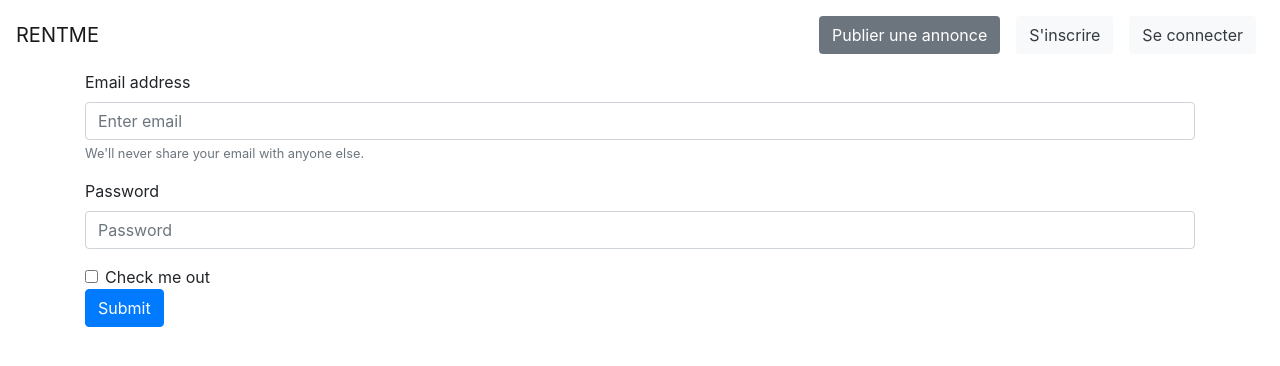
Repository: johan1412/rentme-front
Page: /login
An editor plug-in stored every save of this project. The page is shown before and after the next save, followed by the edit.
The browser window is 1280 px wide. The pictures show the whole page.
The project was rebuilt for these pictures with package versions that can differ from the ones it lists, and the page was loaded fresh each time. Also part of the build but not shown: vue.config.js, src/components/auth/Register.vue, src/components/Home.vue.

Above is the page before, as saved 2021-12-14 19:16:36.

### src/main.js
import Vue from "vue";
import App from "./App.vue";
import VueRouter from 'vue-router'
import Login from './components/auth/Login.vue'
import Register from './components/auth/Register.vue'

import HomePage from './components/Home.vue'
import { BootstrapVue, IconsPlugin } from 'bootstrap-vue'

// Import Bootstrap an BootstrapVue CSS files (order is important)
import 'bootstrap/dist/css/bootstrap.css'
import 'bootstrap-vue/dist/bootstrap-vue.css'

// Make BootstrapVue available throughout your project
Vue.use(BootstrapVue)
// Optionally install the BootstrapVue icon components plugin
Vue.use(IconsPlugin)

Vue.config.productionTip = false;

Vue.use(VueRouter)


const routes = [
  { path: '/', component: HomePage },
  { path: '/login', component: Login },
  { path: '/register', component: Register },
]

const router = new VueRouter({
  routes,
  history : true,
  mode : 'history'
})


new Vue({
  render: (h) => h(App),
  router
}).$mount("#app");

### src/App.vue
<template>
  <router-view />
</template>
<script>
export default {
  name: "App"
};
</script>

<style>

</style>

### src/components/auth/Login.vue
<template>
<div>
<nav-bar />
<div class="container m-auto">
  <form>
      <div class="form-group">
        <label for="exampleInputEmail1">Email address</label>
        <input type="email" class="form-control" id="exampleInputEmail1" aria-describedby="emailHelp" placeholder="Enter email">
        <small id="emailHelp" class="form-text text-muted">We'll never share your email with anyone else.</small>
      </div>
      <div class="form-group">
        <label for="exampleInputPassword1">Password</label>
        <input type="password" class="form-control" id="exampleInputPassword1" placeholder="Password">
      </div>
      <div class="form-check">
        <input type="checkbox" class="form-check-input" id="exampleCheck1">
        <label class="form-check-label" for="exampleCheck1">Check me out</label>
      </div>
      <button type="submit" class="btn btn-primary">Submit</button>
  </form>
</div>
  </div>
</template>

<script>
import NavBar from '../layouts/NavBar.vue';
export default {
  name: "Login",
  components: {
    NavBar,
  },

};
</script>

### src/components/layouts/NavBar.vue
<template>
<div>
  <b-navbar toggleable="lg" type="light" variant="white">
    <b-navbar-brand href="/" class="fw-bold">RENTME</b-navbar-brand>
    <b-collapse id="nav-collapse" is-nav>
      <b-navbar-nav class="ml-auto">
        <b-nav-item><router-link class="btn bg-secondary text-white" to="register">Publier une annonce</router-link></b-nav-item>
        <b-nav-item><router-link class="btn bg-light text-dark" to="register">S'inscrire</router-link></b-nav-item>
        <b-nav-item><router-link class="btn bg-light text-dark" to="login">Se connecter</router-link></b-nav-item>
      </b-navbar-nav>
    </b-collapse>
  </b-navbar>
</div>
</template>
<script>

export default {
  name: "NavBar"
};
</script>

Loaded but not shown: public/index.html (common file)

After the next save:
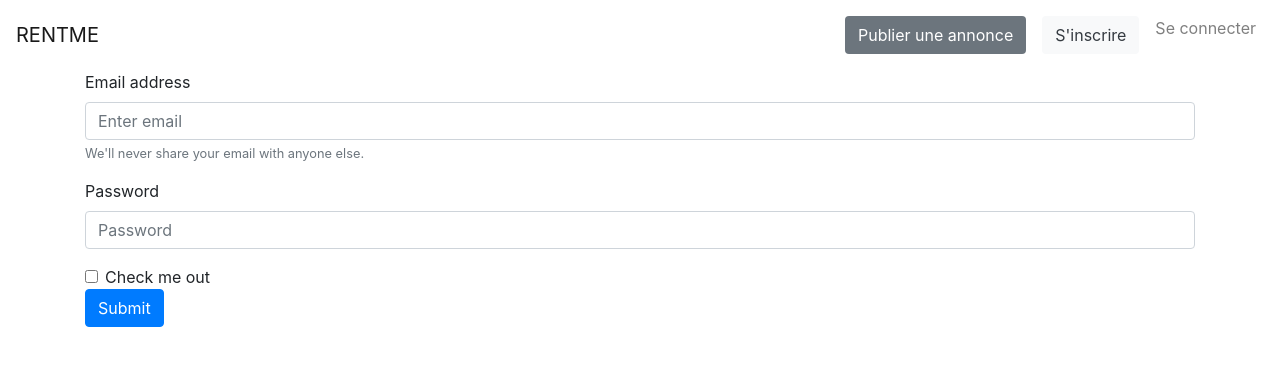
Saved 16 s later.
--- a/src/components/layouts/NavBar.vue
+++ b/src/components/layouts/NavBar.vue
@@ -6,7 +6,7 @@
       <b-navbar-nav class="ml-auto">
         <b-nav-item><router-link class="btn bg-secondary text-white" to="register">Publier une annonce</router-link></b-nav-item>
         <b-nav-item><router-link class="btn bg-light text-dark" to="register">S'inscrire</router-link></b-nav-item>
-        <b-nav-item><router-link class="btn bg-light text-dark" to="login">Se connecter</router-link></b-nav-item>
+        <b-nav-item>Se connecter</b-nav-item>
       </b-navbar-nav>
     </b-collapse>
   </b-navbar>

After the 3 saves that followed:
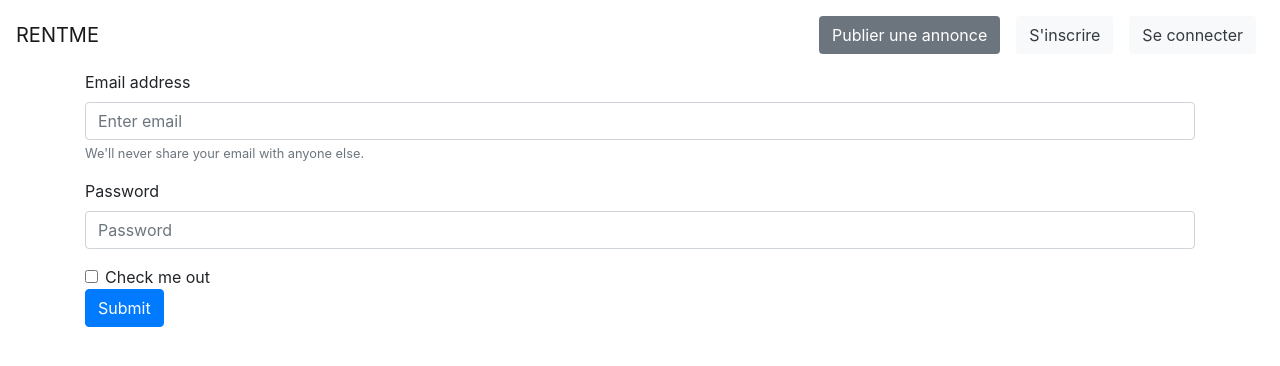
The 3 saves are shown as one change because 2 left the picture as it was.
The last was saved 60 s later.
--- a/src/components/layouts/NavBar.vue
+++ b/src/components/layouts/NavBar.vue
@@ -1,12 +1,12 @@
 <template>
 <div>
   <b-navbar toggleable="lg" type="light" variant="white">
-    <b-navbar-brand href="/" class="fw-bold">RENTME</b-navbar-brand>
+    <b-navbar-brand href="" class="fw-bold">RENTME</b-navbar-brand>
     <b-collapse id="nav-collapse" is-nav>
       <b-navbar-nav class="ml-auto">
         <b-nav-item><router-link class="btn bg-secondary text-white" to="register">Publier une annonce</router-link></b-nav-item>
         <b-nav-item><router-link class="btn bg-light text-dark" to="register">S'inscrire</router-link></b-nav-item>
-        <b-nav-item>Se connecter</b-nav-item>
+        <b-nav-item><router-link class="btn bg-light text-dark" to="login">Se connecter</router-link></b-nav-item>
       </b-navbar-nav>
     </b-collapse>
   </b-navbar>
